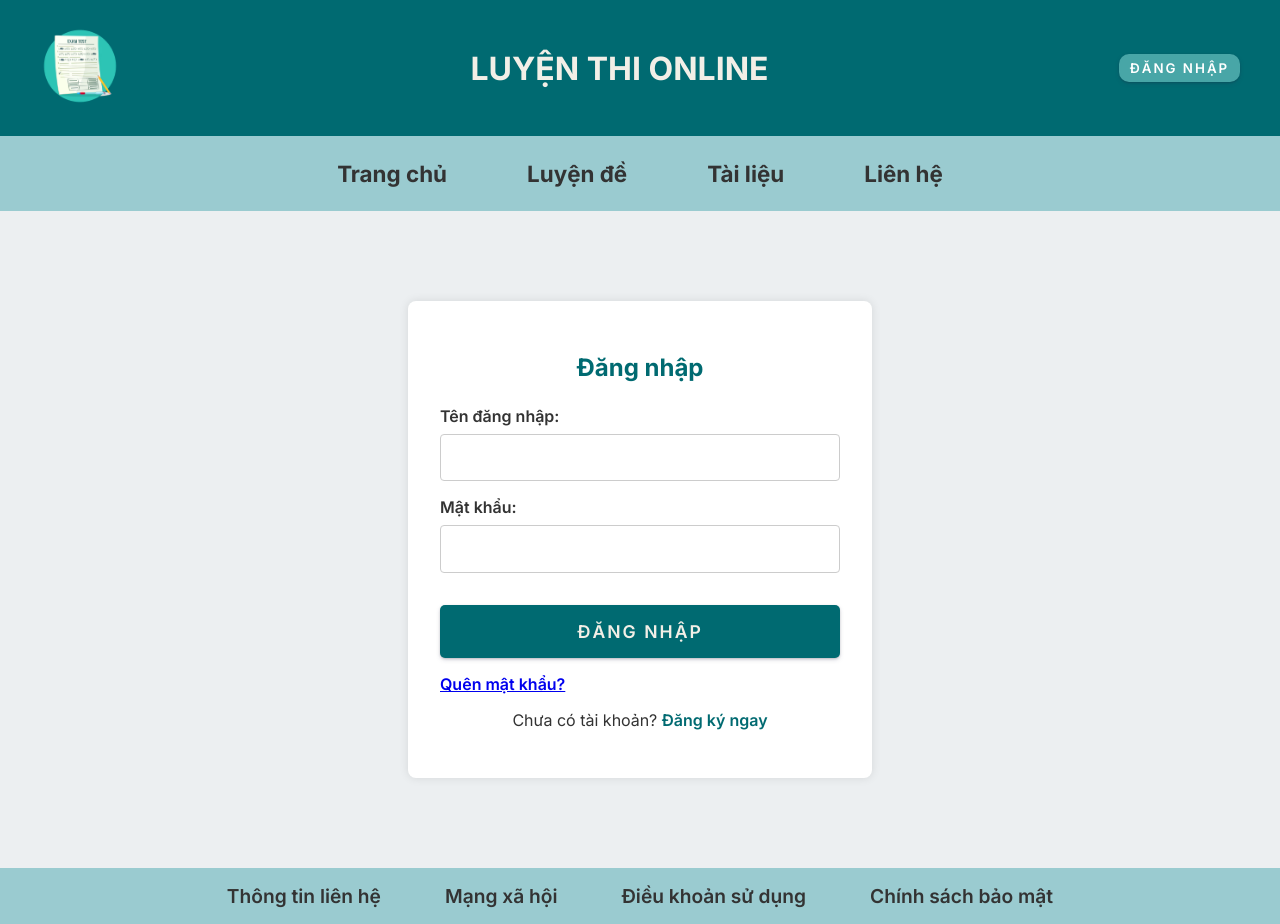
Repository: trgiangday/LapTrinhWeb
Page: http://localhost/login
An editor plug-in stored every save of this project. The page is shown before and after a run of saves, followed by the edit.
The browser window is 1280 px wide. The pictures show the whole page.
Some web fonts or font styles are not loaded; a fallback is used. The page is served by the project's application, run on Flask 3 (py/main.py). Other server files are loaded and not shown.

Above is the page before, as saved 2025-05-15 13:41:11.

### templates/login.html
<!DOCTYPE html>
<html lang="en">
<head>
    <meta charset="UTF-8">
    <meta name="viewport" content="width=device-width, initial-scale=1.0">
    <title>ĐĂNG NHẬP - LUYỆN THI ONLINE</title>
    <link rel="preconnect" href="https://fonts.googleapis.com">
    <link rel="preconnect" href="https://fonts.gstatic.com" crossorigin>
    <link href="https://fonts.googleapis.com/css2?family=Anton&family=Inter:ital,opsz,wght@0,14..32,100..900;1,14..32,100..900&family=Merriweather:ital,opsz,wght@0,18..144,300..900;1,18..144,300..900&family=Raleway:ital,wght@0,100..900;1,100..900&display=swap" rel="stylesheet">
    <link rel="stylesheet" href="{{ url_for('static', filename='style.css') }}">
</head>
<body>
    <header class="header">
        <div class="header-content">
            <a href="{{ url_for('index') }}"><img src="{{ url_for('static', filename='images/logo.png') }}" alt="web_logo" class="logo"></a>
            <h1 class="inter-700 logo-title" id="logoTitle" data-url="{{ url_for('index') }}">LUYỆN THI ONLINE</h1>
            {% if session['username'] %}
            <div class="user-info" id="userInfo" data-user-url="{{ url_for('user_profile') }}">
                <img src="{{ url_for('static', filename='images/account.png') }}" alt="user_avatar" class="user-avatar">
                <span class="inter-600">{{ session['username'] }}</span>
            </div>
            {% else %}
            <button class="auth-button inter-600 btn redirect-to-auth" data-auth-url="{{ url_for('login') }}">Đăng nhập</button>
            {% endif %}
        </div>
    </header>
    <nav class="nav">
        <ul class="nav-list">
            <li><a href="{{ url_for('index') }}" class="inter-600">Trang chủ</a></li>
            <li><a href="{{ url_for('show_exams_page') }}" class="inter-600">Luyện đề</a></li>
            <li><a href="{{ url_for('document') }}" class="inter-600">Tài liệu</a></li>
            <li><a href="{{ url_for('contact') }}" class="inter-600">Liên hệ</a></li>
        </ul>
    </nav>
    <main class="main main-login">
        <div class="login-container">
            <h2 class="inter-700 login-title">Đăng nhập</h2>
            {% if error %}
            <p class="error">{{ error }}</p>
            {% endif %}
            <form class="login-form" method="post" action="{{ url_for('login') }}">
                <div class="form-group">
                    <label for="username" class="inter-600">Tên đăng nhập:</label>
                    <input type="text" id="username" name="username" class="inter-400 login-input" required>
                </div>
                <div class="form-group">
                    <label for="password" class="inter-600">Mật khẩu:</label>
                    <input type="password" id="password" name="password" class="inter-400 login-input" required>
                </div>
                <button type="submit" class="login-button inter-600 btn login-submit-button">Đăng nhập</button>
            </form>
            <!-- Thêm dòng "Quên mật khẩu" -->
            <p class="inter-400"><a href="{{ url_for('forgot_password') }}" class="inter-600">Quên mật khẩu?</a></p>
            <p class="inter-400 signup-link">Chưa có tài khoản? <a href="{{ url_for('signup') }}" class="inter-600">Đăng ký ngay</a></p>
        </div>
    </main>
    <footer class="footer">
        <ul class="footer-list">
            <li><a href="{{ url_for('contact') }}" class="inter-600">Thông tin liên hệ</a></li>
            <li><a href="" class="inter-600">Mạng xã hội</a></li>
            <li><a href="" class="inter-600">Điều khoản sử dụng</a></li>
            <li><a href="" class="inter-600">Chính sách bảo mật</a></li>
        </ul>
    </footer>
    <script src="{{ url_for('static', filename='main.js') }}"></script>
</body>
</html>

### static/style.css
html {
    font-size: 16px;
    background-color: #eceff1;
}

body {
    font-family: 'Arial', sans-serif;
    margin: 0;
    padding: 0;
    color: #333;
}

/* Header */
.header {
    background-color: #006A71;
    color: #F2EFE7;
    padding: 1rem 0;
}

.header-content {
    display: flex;
    align-items: center;
    max-width: 1200px;
    margin: 0 auto;
    justify-content: space-between; /* Đẩy logo sang trái và phần tử bên phải sang phải */
    padding: 10px 20px; /* Thêm padding cho đẹp mắt */
}

.logo {
    width: 80px;
    height: auto;
    justify-self: start; /* Căn logo về bên trái */
}

.inter-700 {
    justify-self: center; /* Căn tiêu đề vào giữa */
}

.auth-button {
    background-color: #48A6A7;
    color: #F2EFE7;
    border: none;
    border-radius: 5px;
    padding: 0.25rem 0.55rem !important;
    cursor: pointer;
    justify-self: end; /* Căn button về bên phải */
}

/* Nav */
.nav {
    background-color: #9ACBD0;
    padding: 1.5rem 0;
}

.nav-list {
    list-style: none;
    display: flex;
    justify-content: center;
    margin: 0;
    padding: 0;
}

.nav-list li {
    margin: 0 2.5rem;
}

.nav-list a {
    text-decoration: none;
    color: #333;
    font-size: 1.4rem;
    font-weight: 700;
}

.nav-list a:hover{
    color: #006A71;
}

/* Main */
.main {
    max-width: 1200px;
    margin: 2rem auto;
    padding: 0 1rem;
}

.banner {
    position: relative;
}

.banner img {
    width: 100%;
    height: auto;
}

.banner-content {
    position: absolute;
    top: 60%;
    left: 25%;
    transform: translate(-50%, -50%);
    text-align: center;
    color: #F2EFE7;
    width: 100%;
}

.banner-title {
    font-size: 2.5rem;
    margin-bottom: 1rem;
    color: #006A71;
}

.banner-description {
    font-size: 1rem;
    margin-bottom: 2rem;
    max-width: 40%;
    color: #006A71;
    margin: 0 auto 2rem;
}

.start-button {
    background-color: #006A71;
    color: #F2EFE7;
    border: none;
    padding: 1rem 2rem;
    font-size: 1.2rem;
    border-radius: 5px;
    cursor: pointer;
    position: absolute;
    top: 80%;
    left: 25%;
    transform: translateX(-50%);
}

.intro {
    text-align: left;
    margin-top: 2rem;
}

.intro h2 {
    text-align: center;
}

.explore-button {
    background-color: #006A71;
    color: #F2EFE7;
    border: none;
    padding: 1rem 2rem;
    font-size: 1.2rem;
    border-radius: 5px;
    cursor: pointer;
    margin: 2rem auto 0;
    display: block;
}

/* Footer */
.footer {
    background-color: #9ACBD0;
    padding: 1rem 0;
}

.footer-list {
    list-style: none;
    display: flex;
    justify-content: center;
    margin: 0;
    padding: 0;
}

.footer-list li {
    margin: 0 2rem;
}

.footer-list a {
    text-decoration: none;
    color: #333;
    font-size: 1.2rem;
    font-weight: 600;
}

/* Font Classes */
.anton-regular {
    font-family: "Anton", sans-serif;
    font-weight: 400;
    font-style: normal;
}

.inter-100 { font-family: "Inter", sans-serif; font-optical-sizing: auto; font-weight: 100; font-style: normal; }
.inter-200 { font-family: "Inter", sans-serif; font-optical-sizing: auto; font-weight: 200; font-style: normal; }
.inter-300 { font-family: "Inter", sans-serif; font-optical-sizing: auto; font-weight: 300; font-style: normal; }
.inter-400 { font-family: "Inter", sans-serif; font-optical-sizing: auto; font-weight: 400; font-style: normal; }
.inter-500 { font-family: "Inter", sans-serif; font-optical-sizing: auto; font-weight: 500; font-style: normal; }
.inter-600 { font-family: "Inter", sans-serif; font-optical-sizing: auto; font-weight: 600; font-style: normal; }
.inter-700 { font-family: "Inter", sans-serif; font-optical-sizing: auto; font-weight: 700; font-style: normal; }
.inter-800 { font-family: "Inter", sans-serif; font-optical-sizing: auto; font-weight: 800; font-style: normal; }
.inter-900 { font-family: "Inter", sans-serif; font-optical-sizing: auto; font-weight: 900; font-style: normal; }

.merriweather-300 { font-family: "Merriweather", serif; font-optical-sizing: auto; font-weight: 300; font-style: normal; font-variation-settings: "wdth" 100; }
.merriweather-400 { font-family: "Merriweather", serif; font-optical-sizing: auto; font-weight: 400; font-style: normal; font-variation-settings: "wdth" 100; }
.merriweather-500 { font-family: "Merriweather", serif; font-optical-sizing: auto; font-weight: 500; font-style: normal; font-variation-settings: "wdth" 100; }
.merriweather-600 { font-family: "Merriweather", serif; font-optical-sizing: auto; font-weight: 600; font-style: normal; font-variation-settings: "wdth" 100; }
.merriweather-700 { font-family: "Merriweather", serif; font-optical-sizing: auto; font-weight: 700; font-style: normal; font-variation-settings: "wdth" 100; }
.merriweather-800 { font-family: "Merriweather", serif; font-optical-sizing: auto; font-weight: 800; font-style: normal; font-variation-settings: "wdth" 100; }
.merriweather-900 { font-family: "Merriweather", serif; font-optical-sizing: auto; font-weight: 900; font-style: normal; font-variation-settings: "wdth" 100; }

.raleway-100 { font-family: "Raleway", sans-serif; font-optical-sizing: auto; font-weight: 100; font-style: normal; }
.raleway-200 { font-family: "Raleway", sans-serif; font-optical-sizing: auto; font-weight: 200; font-style: normal; }
.raleway-300 { font-family: "Raleway", sans-serif; font-optical-sizing: auto; font-weight: 300; font-style: normal; }
.raleway-400 { font-family: "Raleway", sans-serif; font-optical-sizing: auto; font-weight: 400; font-style: normal; }
.raleway-500 { font-family: "Raleway", sans-serif; font-optical-sizing: auto; font-weight: 500; font-style: normal; }
.raleway-600 { font-family: "Raleway", sans-serif; font-optical-sizing: auto; font-weight: 600; font-style: normal; }
.raleway-700 { font-family: "Raleway", sans-serif; font-optical-sizing: auto; font-weight: 700; font-style: normal; }
.raleway-800 { font-family: "Raleway", sans-serif; font-optical-sizing: auto; font-weight: 800; font-style: normal; }
.raleway-900 { font-family: "Raleway", sans-serif; font-optical-sizing: auto; font-weight: 900; font-style: normal; }

/* From Uiverse.io by Shakil-Babu */
.btn {
    background-color: #48A6A7;
    padding: 10px 15px;
    color: #fff;
    text-transform: uppercase;
    letter-spacing: 2px;
    cursor: pointer;
    border-radius: 10px;
    border: 2px dashed #48A6A7;
    box-shadow: rgba(50, 50, 93, 0.25) 0px 2px 5px -1px, rgba(0, 0, 0, 0.3) 0px 1px 3px -1px;
    transition: .4s;
}

.btn span:last-child {
    display: none;
}

.btn:hover {
    transition: .4s;
    border: 2px dashed #48A6A7;
    background-color: #fff;
    color: #48A6A7;
}

.btn:active {
    background-color: #9ACBD0;
}
/* Main - Login Page */
.main-login {
    display: flex;
    justify-content: center;
    align-items: center;
    padding: 2rem;
    min-height: calc(100vh - (/* height của header */ 60px + /* height của nav */ 71px + /* height của footer */ 60px)); /* Đảm bảo hiển thị đầy đủ chiều cao */
}

.login-container {
    background-color: #fff;
    padding: 2rem;
    border-radius: 8px;
    box-shadow: 0 0 10px rgba(0, 0, 0, 0.1);
    width: 400px;
    max-width: 100%;
}

.login-title {
    text-align: center;
    margin-bottom: 1.5rem;
    color: #006A71;
}

.login-form {
    display: flex;
    flex-direction: column;
}

.form-group {
    margin-bottom: 1rem;
}

.form-group label {
    display: block;
    margin-bottom: 0.5rem;
    font-weight: 600;
}

.login-input {
    padding: 0.8rem;
    border: 1px solid #ccc;
    border-radius: 4px;
    font-size: 1rem;
    width: 100%;
    box-sizing: border-box;
}

.login-submit-button {
    background-color: #006A71;
    color: #F2EFE7;
    border: none;
    padding: 1rem;
    border-radius: 5px;
    cursor: pointer;
    font-size: 1.1rem;
    transition: background-color 0.3s ease;
    margin-top: 1rem;
}

.login-submit-button:hover {
    background-color: #005663;
}

.signup-link {
    text-align: center;
    margin-top: 1rem;
}

.signup-link a {
    color: #006A71;
    text-decoration: none;
    font-weight: 600;
}

.signup-link a:hover {
    text-decoration: underline;
}

/* Main - Signup Page */
.main-signup {
    display: flex;
    justify-content: center;
    align-items: center;
    padding: 2rem;
    min-height: calc(100vh - (/* height của header */ 60px + /* height của nav */ 71px + /* height của footer */ 60px)); /* Đảm bảo hiển thị đầy đủ chiều cao */
}

.signup-container {
    background-color: #fff;
    padding: 2rem;
    border-radius: 8px;
    box-shadow: 0 0 10px rgba(0, 0, 0, 0.1);
    width: 500px; /* Tăng kích thước container cho nhiều trường hơn */
    max-width: 100%;
}

.signup-title {
    text-align: center;
    margin-bottom: 1.5rem;
    color: #006A71;
}

.signup-form {
    display: flex;
    flex-direction: column;
}

.form-group {
    margin-bottom: 1rem;
}

.form-group label {
    display: block;
    margin-bottom: 0.5rem;
    font-weight: 600;
}

.signup-input {
    padding: 0.8rem;
    border: 1px solid #ccc;
    border-radius: 4px;
    font-size: 1rem;
    width: 100%;
    box-sizing: border-box;
}

.signup-submit-button {
    background-color: #006A71;
    color: #F2EFE7;
    border: none;
    padding: 1rem;
    border-radius: 5px;
    cursor: pointer;
    font-size: 1.1rem;
    transition: background-color 0.3s ease;
    margin-top: 1rem;
}

.signup-submit-button:hover {
    background-color: #005663;
}

.login-link {
    text-align: center;
    margin-top: 1rem;
}

.login-link a {
    color: #006A71;
    text-decoration: none;
    font-weight: 600;
}

.login-link a:hover {
    text-decoration: underline;
}

.images_container {
    display: flex; /* Sắp xếp các phần tử con (hai ảnh) theo hàng ngang */
    justify-content: center; /* Căn giữa các ảnh theo chiều ngang */
    align-items: center; /* Căn giữa các ảnh theo chiều dọc (nếu cần) */
    gap: 20px; /* Tạo khoảng cách giữa hai ảnh (tùy chỉnh giá trị) */
    margin-top: 20px; /* Thêm khoảng cách phía trên container ảnh (tùy chỉnh) */
    margin-bottom: 20px; /* Thêm khoảng cách phía dưới container ảnh (tùy chỉnh) */
    width: 100%; /* Đảm bảo container chiếm toàn bộ chiều rộng của phần tử cha */
}

.images_container img {
    max-width: 45%; /* Đặt chiều rộng tối đa cho mỗi ảnh (tùy chỉnh tỷ lệ) */
    height: auto; /* Duy trì tỷ lệ khung hình của ảnh */
    border-radius: 8px; /* Bo tròn góc ảnh (tùy chọn) */
    box-shadow: 0 2px 5px rgba(0, 0, 0, 0.1); /* Thêm hiệu ứng bóng đổ (tùy chọn) */
}

/* Main - Contact Page */
.main-contact {
    display: flex;
    justify-content: center;
    align-items: center;
    padding: 2rem;
    min-height: calc(100vh - (/* height của header */ 60px + /* height của nav */ 71px + /* height của footer */ 60px)); /* Đảm bảo hiển thị đầy đủ chiều cao */
    background-color: #f9f9f9; /* Màu nền khác biệt (tùy chọn) */
}

.contact-container {
    background-color: #fff;
    padding: 30px;
    border-radius: 8px;
    box-shadow: 0 0 10px rgba(0, 0, 0, 0.1);
    width: 600px;
    max-width: 95%;
}

.contact-title {
    text-align: center;
    margin-bottom: 2rem;
    color: #006A71;
}

.contact-intro {
    text-align: center;
    margin-bottom: 2rem;
    color: #555;
}

.company-info {
    margin-bottom: 2rem;
    padding: 15px;
    border-radius: 5px;
}

.company-info h3 {
    margin-top: 0;
    margin-bottom: 1rem;
    color: #006A71;
}

.company-info p {
    margin-bottom: 1rem;
    line-height: 1.6;
}

.company-images {
    display: flex; /* Sắp xếp ảnh theo hàng ngang */
    gap: 15px; /* Khoảng cách giữa các ảnh */
    margin-top: 1rem;
}

.company-images img {
    max-width: 50%; /* Mỗi ảnh chiếm tối đa 50% chiều rộng container */
    height: auto;
    border-radius: 5px; /* Bo tròn góc ảnh (tùy chọn) */
    box-shadow: 0 1px 3px rgba(0, 0, 0, 0.1); /* Hiệu ứng bóng đổ nhẹ (tùy chọn) */
}

.contact-details {
    margin-bottom: 2rem;
    padding: 15px;
    border-radius: 5px;
}

.contact-details h3 {
    margin-top: 0;
    margin-bottom: 1rem;
    color: #006A71;
}

.contact-details p {
    margin-bottom: 0.5rem;
}

.main-tai-lieu {
    display: flex;
    flex-wrap: wrap;
    gap: 20px; /* Khoảng cách giữa các div */
    padding: 20px;
}

.main-tai-lieu-item {
    width: calc(33.33% - 20px); /* Chiếm 1/3 trừ khoảng cách */
    border: 1px solid #ccc;
    padding: 15px;
    box-sizing: border-box;
    text-align: center;
}

.main-tai-lieu-item h2 {
    font-size: 1.2rem;
    margin-bottom: 10px;
    font-family: 'Inter', sans-serif;
    font-weight: 600;
}

.main-tai-lieu-item img {
    max-width: 100%;
    height: auto;
    margin-bottom: 10px;
    border: 1px solid #eee;
}

/* Responsive cho màn hình nhỏ hơn */
@media (max-width: 768px) {
    .main-tai-lieu-item {
        width: calc(50% - 20px); /* Chiếm 1/2 */
    }
}

@media (max-width: 480px) {
    .main-tai-lieu-item {
        width: 100%; /* Chiếm toàn bộ chiều rộng */
    }
}

.show-password {
    margin-top: 5px;
    margin-bottom: 10px;
    display: flex;
    align-items: center;
}

.show-password input[type="checkbox"] {
    margin-right: 5px;
}

.alert {
    padding: 10px;
    margin-bottom: 15px;
    border-radius: 5px;
}

.alert-success {
    background-color: #d4edda;
    color: #155724;
    border: 1px solid #c3e6cb;
}

.alert-error {
    background-color: #f8d7da;
    color: #721c24;
    border: 1px solid #f5c6cb;
}

/* test */

.header-content {
    display: flex;
    justify-content: space-between; /* Đẩy logo sang trái và phần tử bên phải sang phải */
    align-items: center; /* Căn chỉnh các phần tử theo chiều dọc */
    padding: 10px 20px; /* Thêm padding cho đẹp mắt */
}

.user-info {
    display: flex;
    align-items: center; /* Căn chỉnh avatar và username theo chiều dọc */
}

.user-avatar {
    width: 30px;
    height: 30px;
    border-radius: 50%; /* Tạo hình tròn cho avatar (tùy chọn) */
    margin-right: 10px; /* Khoảng cách giữa avatar và username */
}

.main-user {
    display: flex;
    flex-direction: column;
    align-items: center;
    padding: 20px;
}

.user-profile-container {
    background-color: #f9f9f9;
    border: 1px solid #ddd;
    padding: 30px;
    border-radius: 8px;
    width: 80%;
    max-width: 600px;
    text-align: center;
}

.user-profile-title {
    font-size: 2em;
    margin-bottom: 20px;
    color: #333;
}

.user-info-item {
    margin-bottom: 15px;
    text-align: left;
}

.user-info-label {
    font-weight: bold;
    color: #555;
    margin-right: 10px;
}

.logout-button {
    margin-top: 30px;
    padding: 10px 20px;
    background-color: #dc3545;
    color: white;
    border: none;
    border-radius: 5px;
    cursor: pointer;
    font-size: 1em;
    transition: background-color 0.3s ease;
}

.logout-button:hover {
    background-color: #c82333;
}

Loaded but not shown: static/main.js (59 lines, source omitted); py/main.py (526 lines, source omitted)

After the next 2 saves:
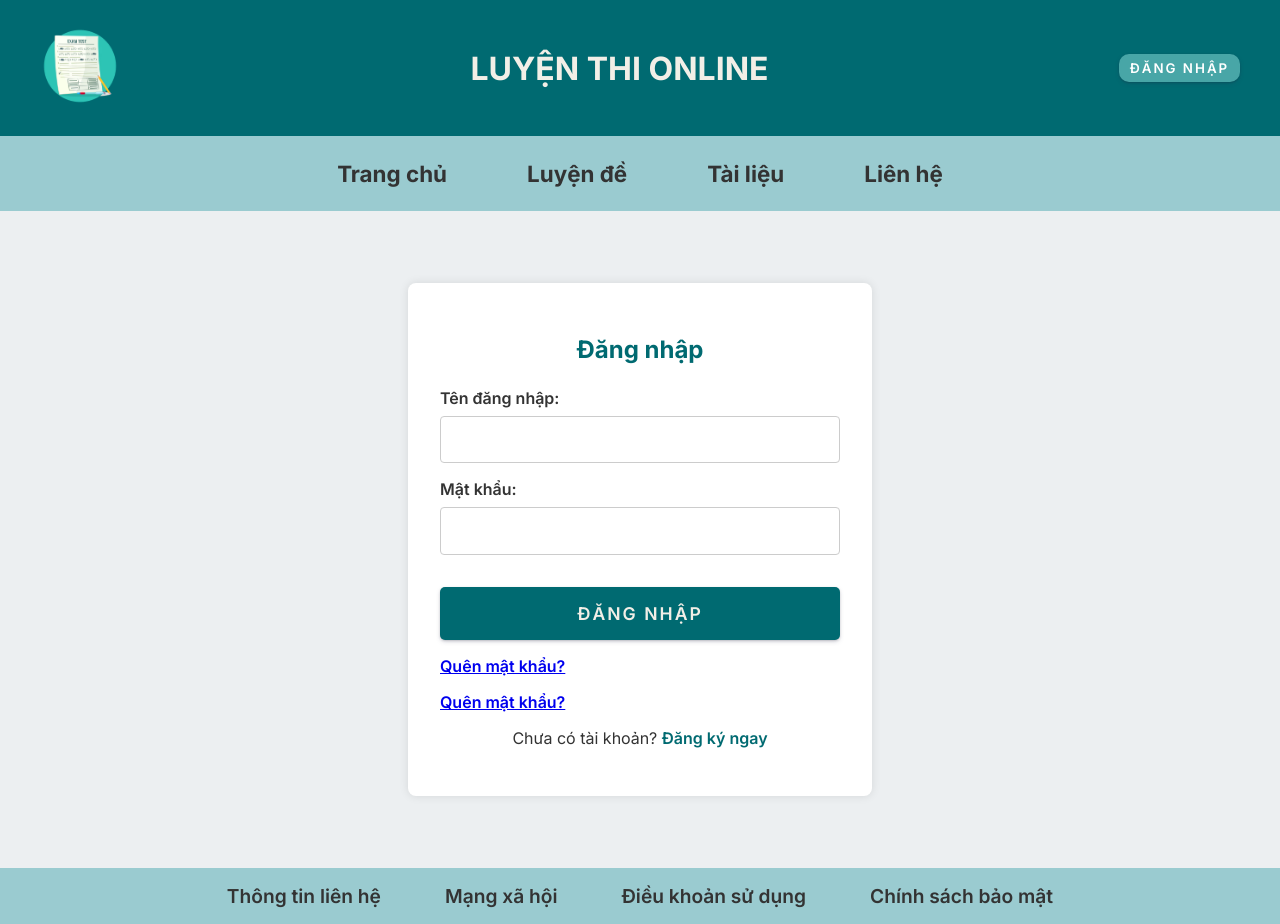
The 2 saves are shown as one change because they came seconds apart.
The last was saved 11 min 48 s later.
--- a/templates/login.html
+++ b/templates/login.html
@@ -51,6 +51,9 @@
             </form>
             <!-- Thêm dòng "Quên mật khẩu" -->
             <p class="inter-400"><a href="{{ url_for('forgot_password') }}" class="inter-600">Quên mật khẩu?</a></p>
+            <!-- Căn giữa và đồng bộ màu chữ "Quên mật khẩu?" -->
+            <p class="forgot-password-link inter-400"><a href="{{ url_for('forgot_password') }}" class="inter-600">Quên mật khẩu?</a></p>
+            <p
             <p class="inter-400 signup-link">Chưa có tài khoản? <a href="{{ url_for('signup') }}" class="inter-600">Đăng ký ngay</a></p>
         </div>
     </main>

After the save that followed:
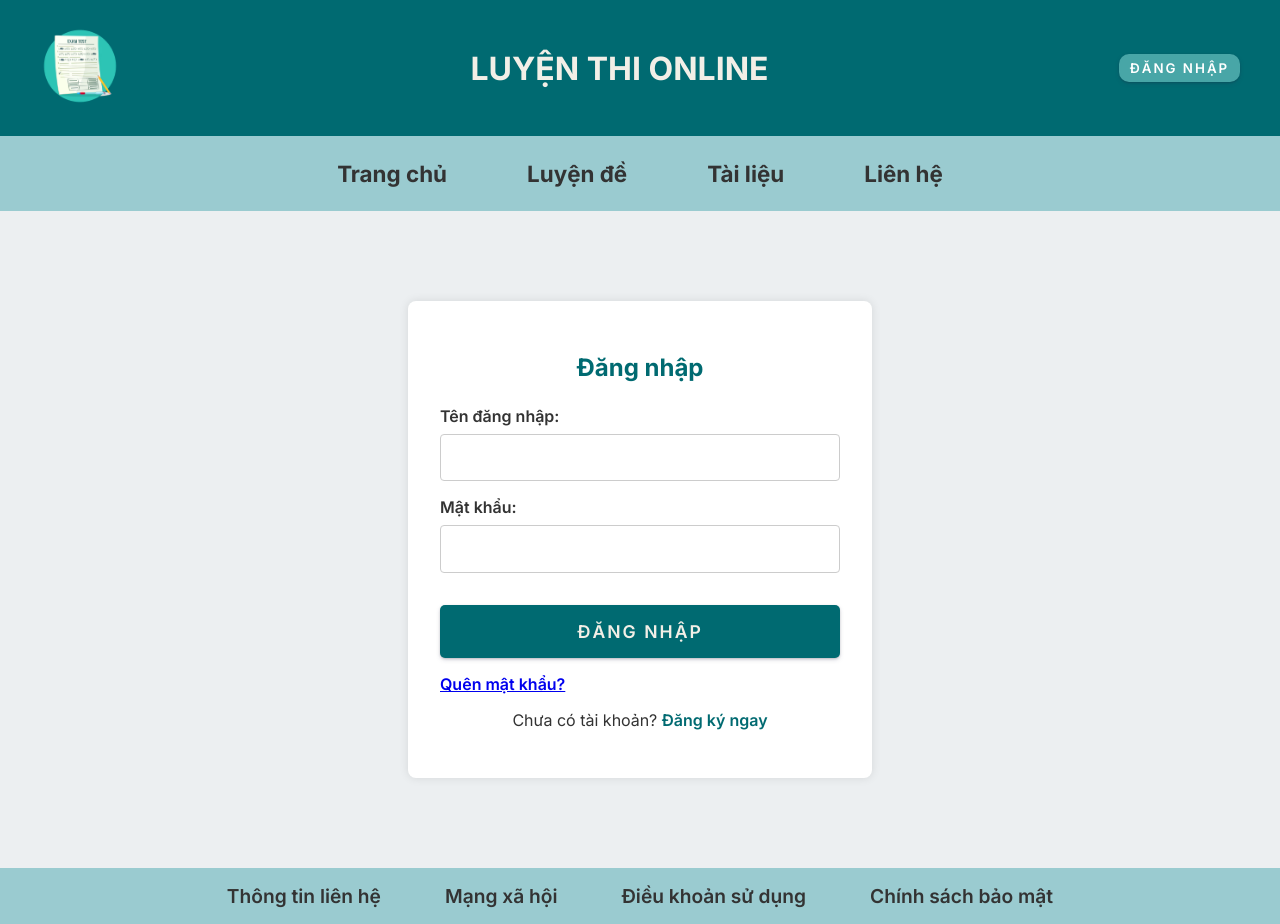
Saved 11 s later.
--- a/templates/login.html
+++ b/templates/login.html
@@ -49,8 +49,6 @@
                 </div>
                 <button type="submit" class="login-button inter-600 btn login-submit-button">Đăng nhập</button>
             </form>
-            <!-- Thêm dòng "Quên mật khẩu" -->
-            <p class="inter-400"><a href="{{ url_for('forgot_password') }}" class="inter-600">Quên mật khẩu?</a></p>
             <!-- Căn giữa và đồng bộ màu chữ "Quên mật khẩu?" -->
             <p class="forgot-password-link inter-400"><a href="{{ url_for('forgot_password') }}" class="inter-600">Quên mật khẩu?</a></p>
             <p
